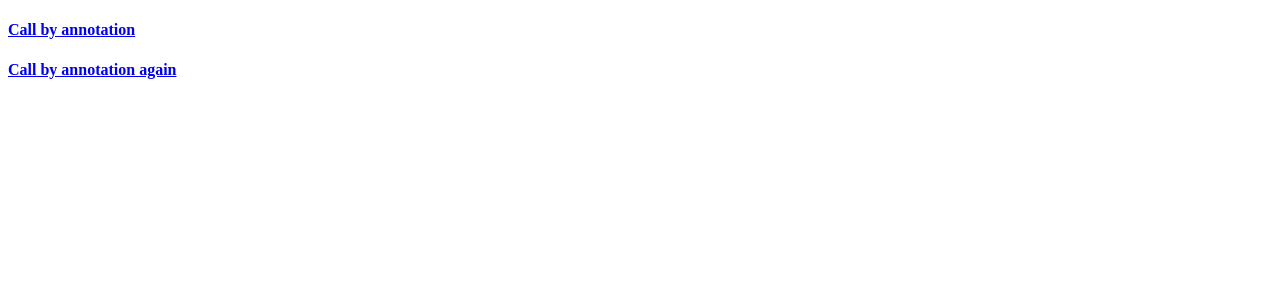
Repository: luvsharma3226/Projects
Page: SpringBoot/javaee/lab1.1/src/main/webapp/index.html
These files come from the project's save history. The page is drawn as it stood at one moment and after the next save; the edit follows.
The browser window is 1280 px wide. The pictures show the whole page.

Above is the page before, as saved 2022-03-30 06:26:09.

### SpringBoot/javaee/lab1.1/src/main/webapp/index.html
<!DOCTYPE html>
<html>
<head>
<meta charset="UTF-8">
<title>Welcome Page</title>
</head>
<body>
		<h4>
			<a href="test">Call by annotation</a>
		</h4>

		<h4>
		<a href="test2">Call by annotation again</a>
		</h4>
</body>
</html>

After the next save:
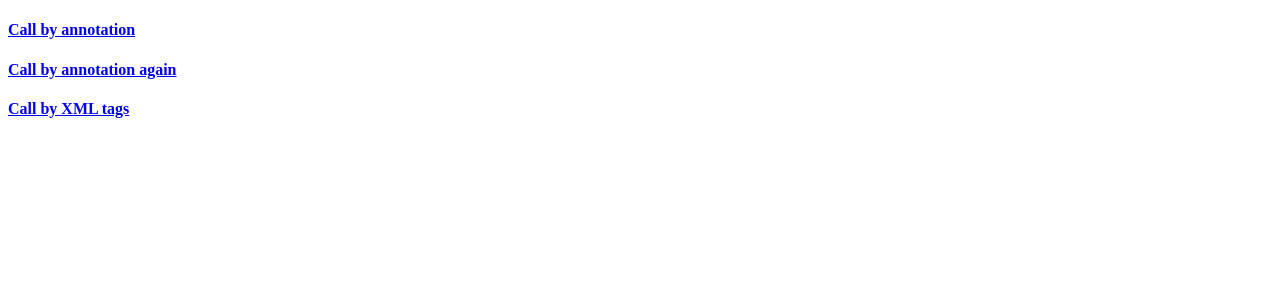
Saved 75 s later.
--- a/SpringBoot/javaee/lab1.1/src/main/webapp/index.html
+++ b/SpringBoot/javaee/lab1.1/src/main/webapp/index.html
@@ -12,5 +12,9 @@
 		<h4>
 		<a href="test2">Call by annotation again</a>
 		</h4>
+
+		<h4>
+		<a href="test3">Call by XML tags</a>
+		</h4>
 </body>
 </html>
